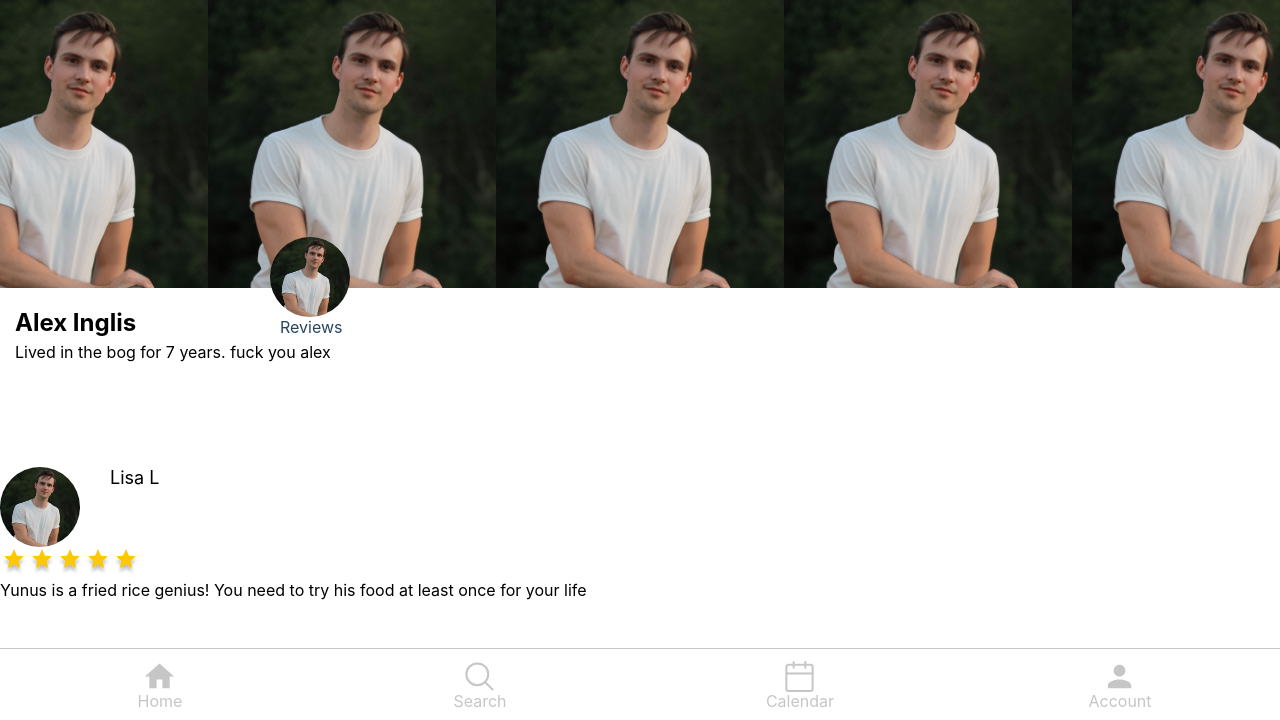
Repository: nguyenlejoe/HomeChef
Page: / (app in app/)
These files come from the project's save history. The page is drawn as it stood at one moment and after a run of saves; the edit follows.
The browser window is 1280 px wide. The pictures show the whole page.
The project was rebuilt for these pictures with package versions that can differ from the ones it lists, and the page was loaded fresh each time. Also part of the build but not shown: app/src/comps/MainButton/index.js, app/src/comps/ActivityPost/index.js.

Above is the page before, as saved 2020-11-07 12:36:30.

After the next 2 saves:
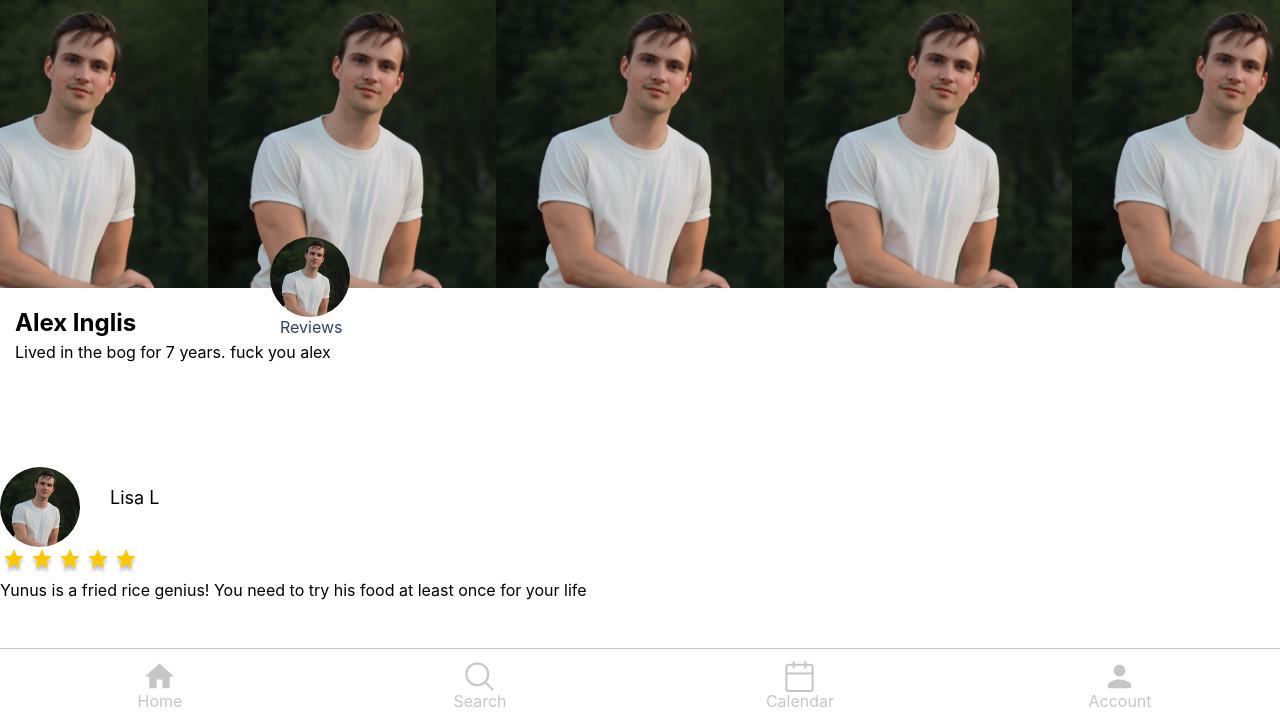
The 2 saves are shown as one change because 1 did not build or start.
The last was saved 49 s later.
--- a/app/src/pages/ChefReview.scss
+++ b/app/src/pages/ChefReview.scss
@@ -38,8 +38,9 @@
     display: flex;
 
     a{
-        margin-left: 30px;
+        margin: 20px 0 0 30px;
         font-size: 18px;
+
     }
 }
 
